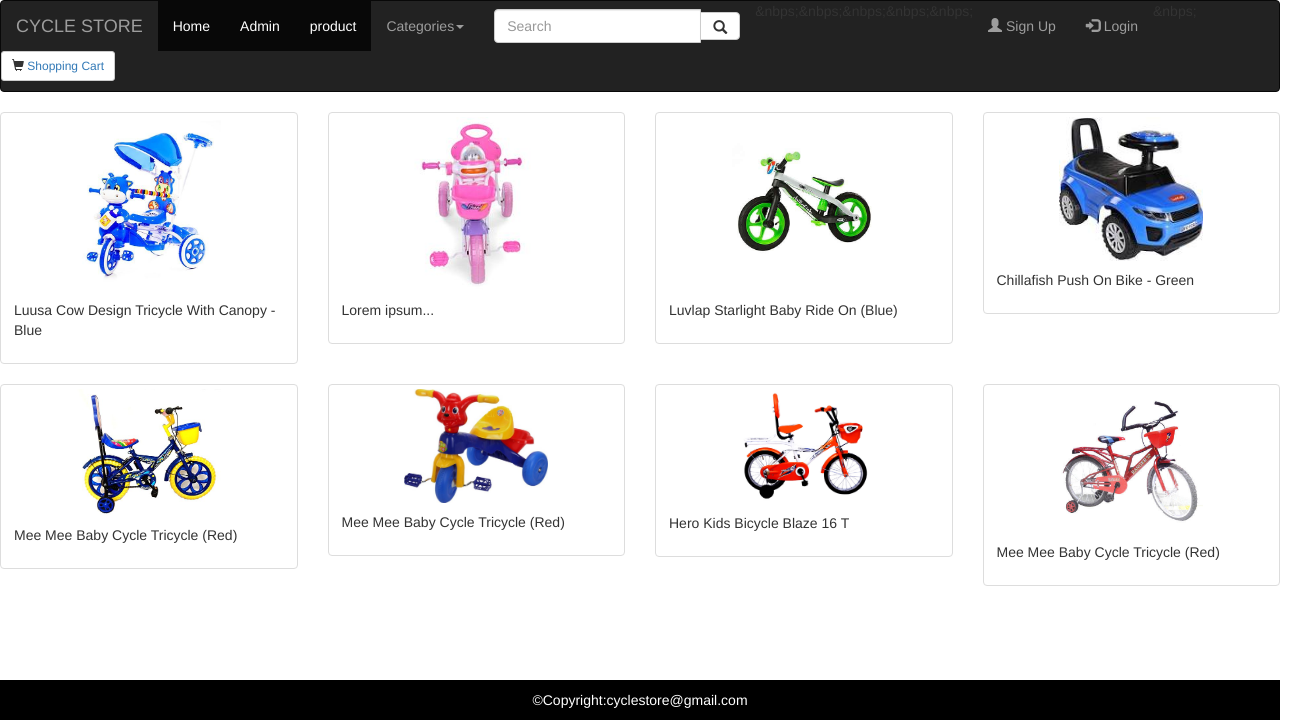
Repository: SumiyaSulaiman/project1
Page: http://localhost/cycle/kids.jsp
An editor plug-in stored every save of this project. The page is shown before and after the next save, followed by the edit.
The browser window is 1280 px wide. The page is 1295 px wide, so the pictures cover 1295 px, including what lies to the right of the window. The pictures show the whole page.
Some web libraries are served in a nearby version. The page is served by Tomcat 9. Nobody is signed in. The application's start-up code is not run. Other server files are loaded and not shown.

Above is the page before, as saved 2017-12-22 07:41:01.

### project/cycle/src/main/webapp/kids.jsp
<%@ page language="java" contentType="text/html; charset=ISO-8859-1"
    pageEncoding="ISO-8859-1"%>
<!DOCTYPE html PUBLIC "-//W3C//DTD HTML 4.01 Transitional//EN" "http://www.w3.org/TR/html4/loose.dtd">
<html>
<head>
<meta http-equiv="Content-Type" content="text/html; charset=ISO-8859-1">
<style>

.row.flex{display:inline-flex;  width:100%;}
img{width:50%;height=auto;}

</style>
</head>
<body>

<jsp:include page="header.jsp"></jsp:include>

<div class="row" >
  <div class="col-xs-3">
    <div class="thumbnail">
      <a href="./resources/baby1.jpg">
        <img src="./resources/baby1.jpg" >
        <div class="caption">
          <p>Luusa Cow Design Tricycle With Canopy - Blue</p>
        </div>
      </a>
    </div>
  </div>
  <div class="col-xs-3">
    <div class="thumbnail" >
      <a href="./resources/baby2.jpg">
        <img src="./resources/baby2.jpg" >
        <div class="caption">
          <p>Lorem ipsum...</p>
        </div>
      </a>
    </div>
  </div>
  <div class="col-xs-3">
    <div class="thumbnail">
      <a href="./resources/kid1.jpg">
        <img src="./resources/kid1.jpg">
        <div class="caption">
          <p>Luvlap Starlight Baby Ride On (Blue)</p>
        </div>
      </a>
    </div>
  </div>
  <div class="col-xs-3">
    <div class="thumbnail">
      <a href="./resources/baby3.jpg">
        <img src="./resources/baby3.jpg"  >
        <div class="caption">
          <p>Chillafish Push On Bike - Green</p>
        </div>
      </a>
    </div>
  </div>

</div>

<div class="row">
	<div class="col-xs-3">
    <div class="thumbnail">
      <a href="./resources/baby4.jpg">
        <img src="./resources/baby4.jpg">
        <div class="caption">
          <p>Mee Mee Baby Cycle Tricycle  (Red)</p>
        </div>
      </a>
    </div>
  </div>

	<div class="col-xs-3">
    <div class="thumbnail">
      <a href="./resources/baby5.jpg">
        <img src="./resources/baby5.jpg">
        <div class="caption">
          <p>Mee Mee Baby Cycle Tricycle  (Red)</p>
        </div>
      </a>
    </div>
  </div>

	<div class="col-xs-3">
    <div class="thumbnail">
      <a href="./resources/kid2.jpg">
        <img src="./resources/kid2.jpg">
        <div class="caption">
          <p>Hero Kids Bicycle Blaze 16 T</p>
        </div>
      </a>
    </div>
  </div>

  <div class="col-xs-3">
    <div class="thumbnail">
      <a href="./resources/cycle3.jpg">
        <img src="./resources/cycle3.jpg">
        <div class="caption">
          <p>Mee Mee Baby Cycle Tricycle  (Red)</p>
        </div>
      </a>
    </div>
  </div>

</div>



<jsp:include page="footer.jsp"></jsp:include>

</body>
</html>

### project/cycle/src/main/webapp/header.jsp
 <%@ page language="java" contentType="text/html; charset=ISO-8859-1"
    pageEncoding="ISO-8859-1"%>
<!DOCTYPE html PUBLIC "-//W3C//DTD HTML 4.01 Transitional//EN" "http://www.w3.org/TR/html4/loose.dtd">
<html>
<head>
<meta charset="utf-8">
  <meta http-equiv="X-UA-Compatible" content="IE=edge">
  <meta name="description" content="">
  <meta name="viewport" content="width=device-width, initial-scale=1">
  <link rel="stylesheet" href="https://maxcdn.bootstrapcdn.com/bootstrap/3.3.7/css/bootstrap.min.css">
  <script src="https://ajax.googleapis.com/ajax/libs/jquery/3.2.0/jquery.min.js"></script>
  <script src="https://maxcdn.bootstrapcdn.com/bootstrap/3.3.7/js/bootstrap.min.js"></script>

</head>
<body>

<nav class="navbar navbar-inverse" >

    <div class="navbar-header">
      <a class="navbar-brand" href="#">CYCLE STORE</a>
    </div>
    <ul class="nav navbar-nav">
      <li class="active"><a href="index.jsp">Home</a></li>
      <li class="active"><a href="">Admin</a></li>
      <li class="active"><a href="">product</a></li>
      <li class="dropdown"><a class="dropdown-toggle" data-toggle="dropdown" href="Category">Categories<span class="caret"></span></a>
        <ul class="dropdown-menu">
          <li><a href="kids.jsp">KIDS</a> </li>
          <li><a href="women.jsp">WOMEN</a></li>
          <li><a href="men.jsp">MEN</a></li>
          <li>
          <%--  <c:forEach items="${clist }" var="c">
          <li><a href="#">${c.catName}</a></li>
          </c:forEach> --%>
        </ul>
      </li>


    <form class="navbar-form navbar-left">
      <div class="input-group">
        <input type="text" class="form-control" placeholder="Search">
        <div class="input-group-btn">
          <button class="btn btn-default" type="submit">
            <i class="glyphicon glyphicon-search"></i>
          </button>
        </div>
      </div>
    </form>


      <li>&nbps;&nbps;&nbps;&nbps;&nbps;</li>
      <li><a href="registration.jsp"><span class="glyphicon glyphicon-user"></span> Sign Up</a></li>
      <li> <a href="login.jsp"><span class="glyphicon glyphicon-log-in"></span> Login</a></li>
      <li>&nbps;</li>
    </ul>
       <p></p>
       <p>
        <button type="button" class="btn btn-default btn-sm">
          <span class="glyphicon glyphicon-shopping-cart"></span><a href="shoppingcart.jsp"> Shopping Cart</a>
        </button>
      </p>

</nav>

<style>
#ntext{
 color: #000000;
  }
</style>

</body>
</html>

### project/cycle/src/main/webapp/footer.jsp
<%@ page language="java" contentType="text/html; charset=ISO-8859-1"
    pageEncoding="ISO-8859-1"%>
<!DOCTYPE html PUBLIC "-//W3C//DTD HTML 4.01 Transitional//EN" "http://www.w3.org/TR/html4/loose.dtd">
<html>
<head>
<meta http-equiv="Content-Type" content="text/html; charset=ISO-8859-1">
<title>Insert title here</title>
</head>
<body>

<style>
.footer {
    position: fixed;
    left: 0;
    bottom: 0;
    width: 100%;
    background-color: black;
    color: white;
    text-align: center;
}
</style>

<div class="footer">
	<p></p>
  <p>©Copyright:cyclestore@gmail.com</p>
</div>

</body>
</html>

After the next save:
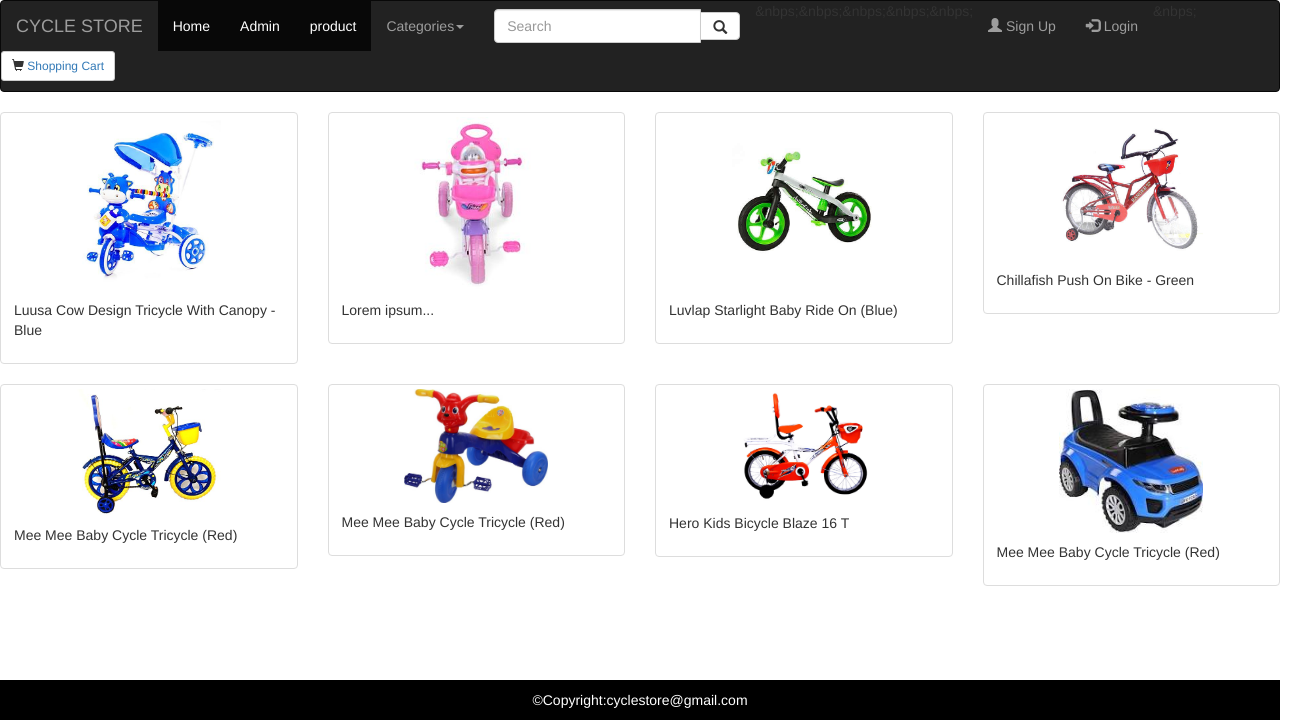
Saved 93 s later.
--- a/project/cycle/src/main/webapp/kids.jsp
+++ b/project/cycle/src/main/webapp/kids.jsp
@@ -48,8 +48,8 @@
   </div>
   <div class="col-xs-3">
     <div class="thumbnail">
-      <a href="./resources/baby3.jpg">
-        <img src="./resources/baby3.jpg"  >
+      <a href="./resources/cycle3.jpg">
+        <img src="./resources/cycle3.jpg"  >
         <div class="caption">
           <p>Chillafish Push On Bike - Green</p>
         </div>
@@ -95,8 +95,8 @@
 
   <div class="col-xs-3">
     <div class="thumbnail">
-      <a href="./resources/cycle3.jpg">
-        <img src="./resources/cycle3.jpg">
+      <a href="./resources/baby3.jpg">
+        <img src="./resources/baby3.jpg">
         <div class="caption">
           <p>Mee Mee Baby Cycle Tricycle  (Red)</p>
         </div>

After the save that followed:
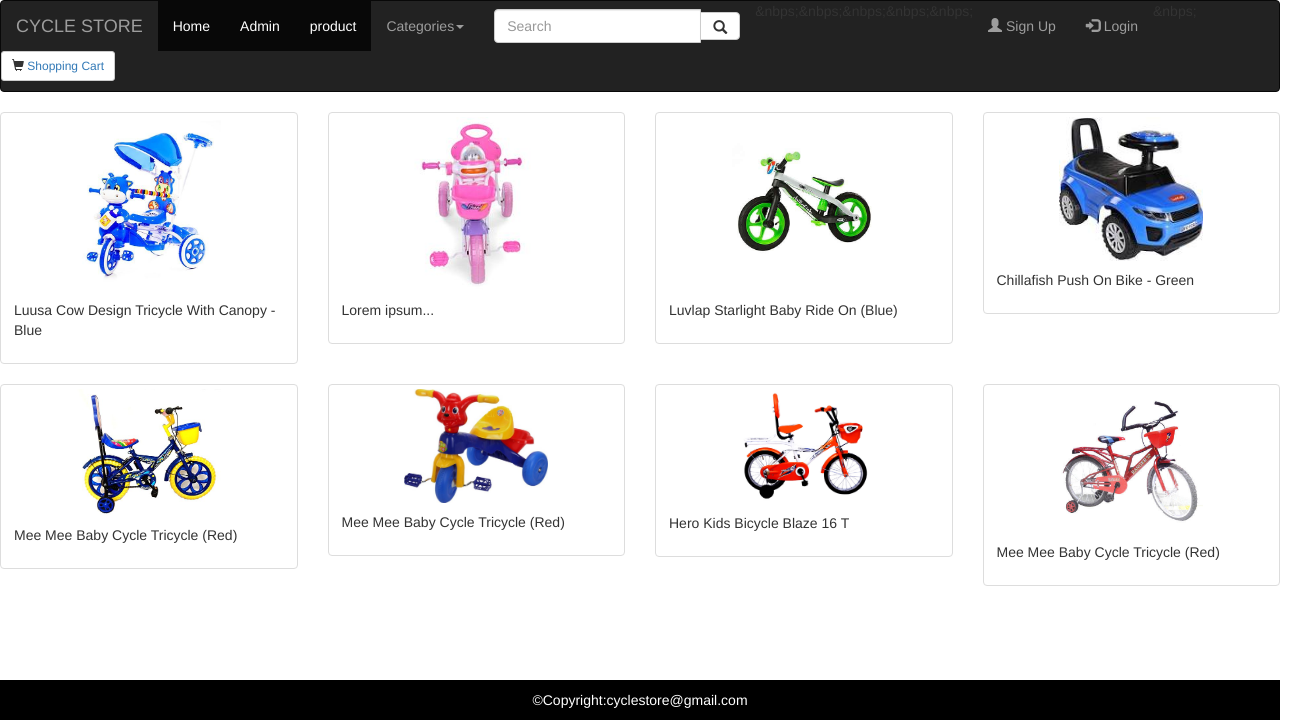
Saved 81 s later.
--- a/project/cycle/src/main/webapp/kids.jsp
+++ b/project/cycle/src/main/webapp/kids.jsp
@@ -48,8 +48,8 @@
   </div>
   <div class="col-xs-3">
     <div class="thumbnail">
-      <a href="./resources/cycle3.jpg">
-        <img src="./resources/cycle3.jpg"  >
+      <a href="./resources/baby3.jpg">
+        <img src="./resources/baby3.jpg"  >
         <div class="caption">
           <p>Chillafish Push On Bike - Green</p>
         </div>
@@ -95,8 +95,8 @@
 
   <div class="col-xs-3">
     <div class="thumbnail">
-      <a href="./resources/baby3.jpg">
-        <img src="./resources/baby3.jpg">
+      <a href="./resources/cycle3.jpg">
+        <img src="./resources/cycle3.jpg">
         <div class="caption">
           <p>Mee Mee Baby Cycle Tricycle  (Red)</p>
         </div>
